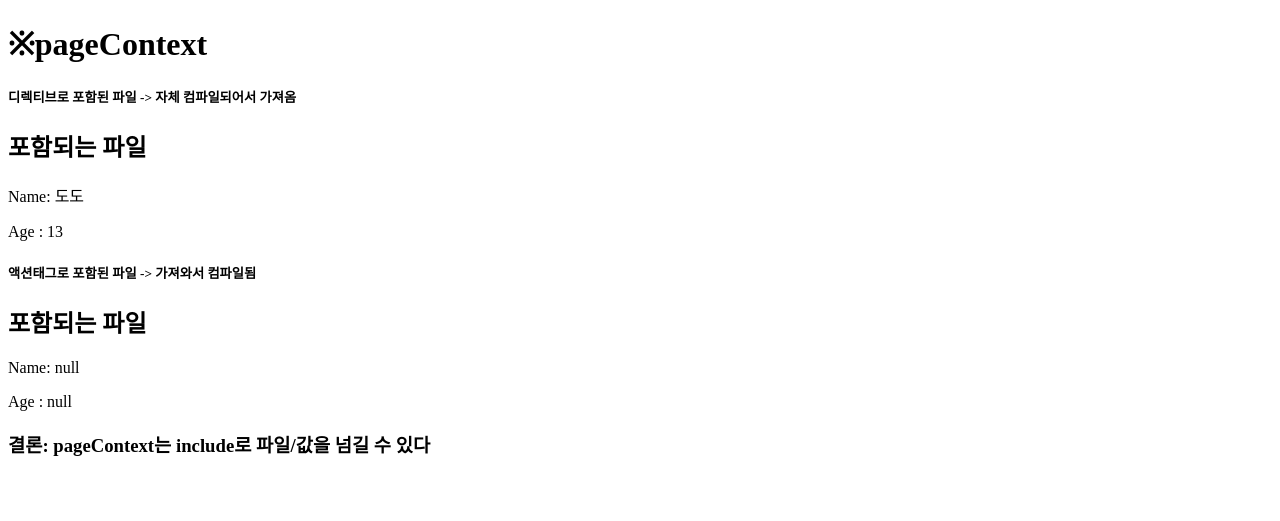
Repository: cordingdodo/javaworks2
Page: http://localhost/practice01/test09.jsp
The author's editor kept a copy of each file at every save. The page is drawn from the files as they stood at one save, then again after the next save.
The browser window is 1280 px wide. The pictures show the whole page.
The page is served by Tomcat 9.

Above is the page before, as saved 2022-10-21 03:45:48.

After the next save:
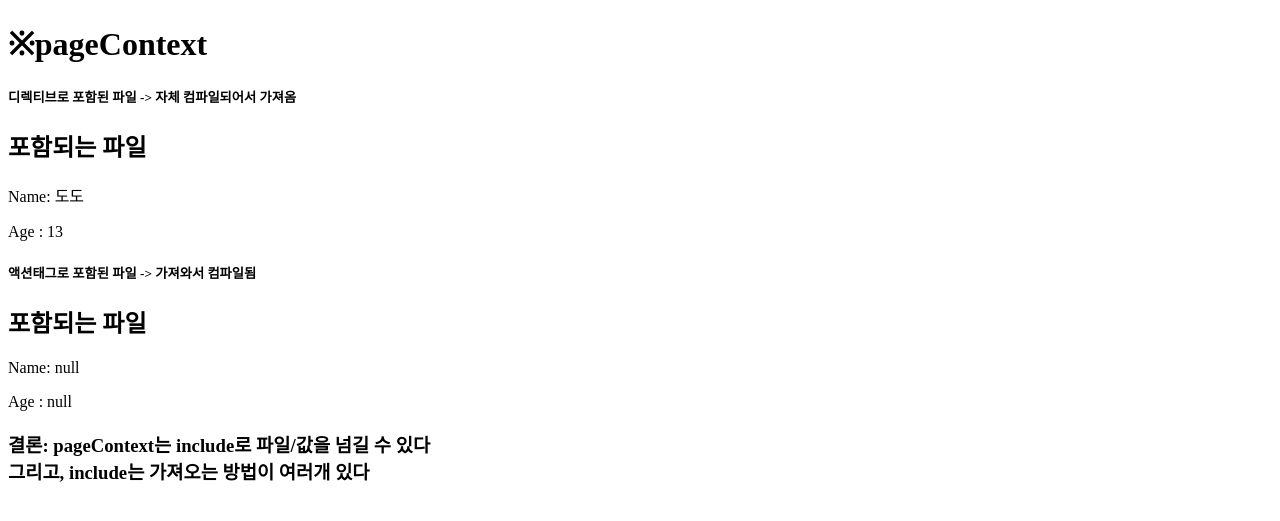
Saved 41 s later.
--- a/practice01/WebContent/test09.jsp
+++ b/practice01/WebContent/test09.jsp
@@ -15,6 +15,8 @@
 	<%@ include file="includeFile.jsp" %>
 	<h5>액션태그로 포함된 파일 -> 가져와서 컴파일됨</h5>
 	<jsp:include page="includeFile.jsp"></jsp:include>
-	<h3>결론: pageContext는 include로 파일/값을 넘길 수 있다</h3>
+	<h3>결론: pageContext는 include로 파일/값을 넘길 수 있다<br>
+	그리고, include는 가져오는 방법이 여러개 있다</h3>
+
 </body>
 </html>
